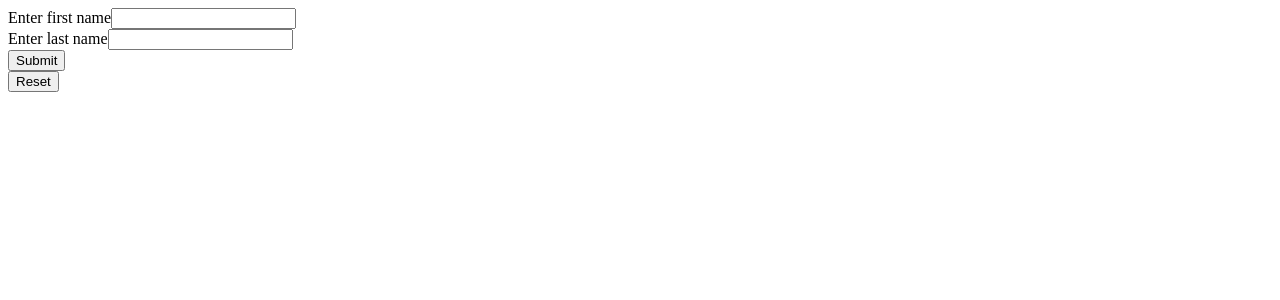
Repository: Bindu2296/allProjects
Page: FormsUsingServlets/WebContent/forms.html
These files come from the project's save history. The page is drawn as it stood at one moment and after the next save; the edit follows.
The browser window is 1280 px wide. The pictures show the whole page.

Above is the page before, as saved 2019-03-25 10:30:06.

After the next save:
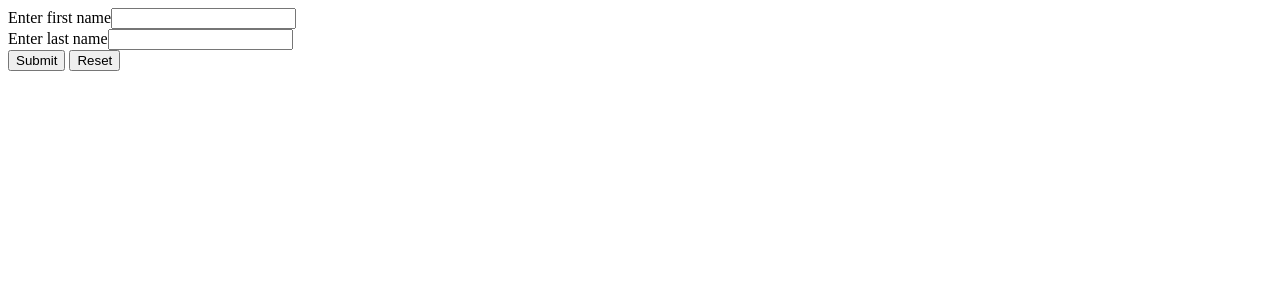
Saved 2 min 27 s later.
--- a/FormsUsingServlets/WebContent/forms.html
+++ b/FormsUsingServlets/WebContent/forms.html
@@ -8,7 +8,7 @@
 <form action="">
 <label>Enter first name</label><input name="firstname" type="text"/><br>
 <label>Enter last name</label><input name="lastname" type="text"/><br>
-<input type="submit"/><br>
+<input type="submit"/>
 <input type="reset"/>
 
 
